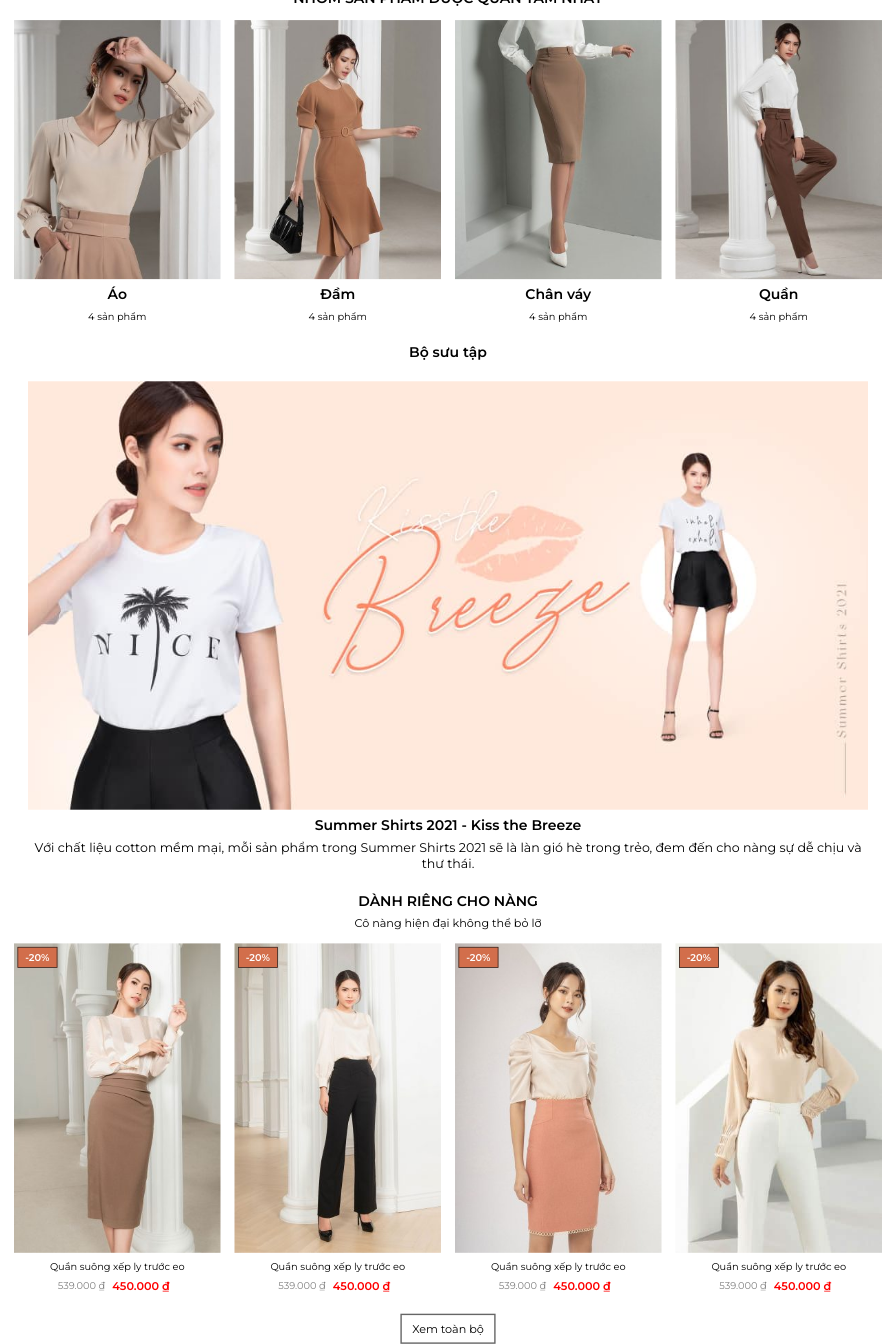
Repository: Nguyenductuan-dev/bt_j2team
Page: index.html
An editor plug-in stored every save of this project. The page is shown before and after the next save, followed by the edit.
The browser window is 1280 px wide. The pictures show the part of the page from y = 1424 to 3344 px (the page is 3344 px tall before and 3315 px after), at 70% of full size.

Above is the page before, as saved 2021-12-12 17:06:16.

### index.html
<!DOCTYPE html>
<html lang="en">
<head>
    <meta charset="UTF-8">
    <meta http-equiv="X-UA-Compatible" content="IE=edge">
    <meta name="viewport" content="width=device-width, initial-scale=1.0">
    <link rel="stylesheet" href="css/style.css">
    <link rel="stylesheet" href="./fonts/fontawesome-free-5.15.3-web/css/all.min.css">

    <link rel="preconnect" href="https://fonts.googleapis.com">
    <link rel="preconnect" href="https://fonts.gstatic.com" crossorigin>
    <link href="https://fonts.googleapis.com/css2?family=Montserrat:ital,wght@0,200;0,300;0,400;0,500;0,600;0,700;1,600&display=swap" rel="stylesheet">
    <title>Document</title>
</head>
<body>

    <div class="wrapper">

        <!-- HEADER -->
        <div class="header">

            <div class="header__logo">
                <a class="header__logo_link" href="">
                    <img class="header__logo_img" src="./images/logo.png" alt="">
                </a>
            </div>

            <nav class="header__navbar">
                <ul class="header__navbar_list">
                    <li class="header__navbar_item">
                        <a href="" class="header__navbar_link">Trang chủ</a>
                    </li>
                    <li class="header__navbar_item">
                        <a href="" class="header__navbar_link">Sản phẩm</a>
                    </li>
                    <li class="header__navbar_item">
                        <a href="" class="header__navbar_link">Khuyến mại</a>
                    </li>
                    <li class="header__navbar_item">
                        <a href="" class="header__navbar_link">Tin tức</a>
                    </li>
                    <li class="header__navbar_item">
                        <a href="" class="header__navbar_link">hệ thống cửa hàng</a>
                    </li>
                </ul>
            </nav>

            <div class="header__right">
                <div class="header__search">
                    <i class="fas fa-search header__search-icon"></i>
                </div>

                <div class="header__user">
                    <i class="fas fa-user header__user-icon"></i>
                </div>

                <div class="header__cart">
                    <div class="header__cart_price">
                        0 ₫
                    </div>
                    <div class="header__cart">
                        <i class="fas fa-shopping-cart header__cart_icon"></i>
                    </div>
                </div>
            </div>

        </div>

        <!-- CONTAINER -->
        <div class="container">

            <div class="banner">
                <div class="banner__link">
                    <img src="./images/banner.jpg" alt="" class="banner__img">
                </div>
            </div>
            <!-- Product -->
            <div class="home__product">
                <div class="home__product-heading">
                    <h3 class="home__product-heading-title">
                        TOP SẢN PHẨM MỚI
                    </h3>
                    <p class="home__product-heading-description">
                        Cô nàng hiện đại không thể bỏ lỡ
                    </p>
                </div>
                <div class="home__product-list">
                    <div class="home__product-item">
                        <a href="" class="home__product-item__link">
                            <img src="./images/product1.jpg" alt="" class="home__product-item__img">
                        </a>

                        <a href="">
                            <h3 class="home__product-item__title">
                                Quần suông xếp ly trước eo
                            </h3>
                        </a>
                        <div class="home__product-item__price">
                            <span class="home-product-item__price-old">539.000 ₫</span>
                            <span class="home-product-item__price-current">450.000 ₫</span>
                        </div>

                        <div class="home-product-item__sale-off">
                            <span>-20%</span>
                        </div>

                    </div>
                    <div class="home__product-item">
                        <a href="" class="home__product-item__link">
                            <img src="./images/product2.jpg" alt="" class="home__product-item__img">
                        </a>

                        <a href="">
                            <h3 class="home__product-item__title">
                                Quần suông xếp ly trước eo
                            </h3>
                        </a>
                        <div class="home__product-item__price">
                            <span class="home-product-item__price-old">539.000 ₫</span>
                            <span class="home-product-item__price-current">450.000 ₫</span>
                        </div>

                        <div class="home-product-item__sale-off">
                            <span>-20%</span>
                        </div>

                    </div>
                    <div class="home__product-item">
                        <a href="" class="home__product-item__link">
                            <img src="./images/product3.jpg" alt="" class="home__product-item__img">
                        </a>

                        <a href="">
                            <h3 class="home__product-item__title">
                                Quần suông xếp ly trước eo
                            </h3>
                        </a>
                        <div class="home__product-item__price">
                            <span class="home-product-item__price-old">539.000 ₫</span>
                            <span class="home-product-item__price-current">450.000 ₫</span>
                        </div>

                        <div class="home-product-item__sale-off">
                            <span>-20%</span>
                        </div>

                    </div>
                    <div class="home__product-item">
                        <a href="" class="home__product-item__link">
                            <img src="./images/product4.jpg" alt="" class="home__product-item__img">
                        </a>

                        <a href="">
                            <h3 class="home__product-item__title">
                                Quần suông xếp ly trước eo
                            </h3>
                        </a>
                        <div class="home__product-item__price">
                            <span class="home-product-item__price-old">539.000 ₫</span>
                            <span class="home-product-item__price-current">450.000 ₫</span>
                        </div>

                        <div class="home-product-item__sale-off">
                            <span>-20%</span>
                        </div>
                    </div>
                </div>

                <div class="home__product-total">
                    <a href="" class="home__product-total-link">Xem toàn bộ</a>
                </div>
            </div>

            <!-- Catalogue -->
            <div class="home_catalogue">
                <h3 class="home_catalogue-heading">
                    NHÓM SẢN PHẨM ĐƯỢC QUAN TÂM NHẤT
                </h3>

                <div class="home_catalogue-list">
                    <div class="home_catalogue-item">
                        <a class="home_catalogue-link" href="">
                            <img class="home_catalogue-img" src="./images/catalogue1.jpg" alt="">
                            <h3 class="home_catalogue-title">Áo</h3>
                            <p class="home_catalogue-quantily">4 sản phẩm</p>
                        </a>
                    </div>
                    <div class="home_catalogue-item">
                        <a class="home_catalogue-link" href="">
                            <img class="home_catalogue-img" src="./images/catalogue2.jpg" alt="">
                            <h3 class="home_catalogue-title">Đầm</h3>
                            <p class="home_catalogue-quantily">4 sản phẩm</p>
                        </a>
                    </div>
                    <div class="home_catalogue-item">
                        <a class="home_catalogue-link" href="">
                            <img class="home_catalogue-img" src="./images/catalogue3.jpg" alt="">
                            <h3 class="home_catalogue-title">Chân váy</h3>
                            <p class="home_catalogue-quantily">4 sản phẩm</p>
                        </a>
                    </div>
                    <div class="home_catalogue-item">
                        <a class="home_catalogue-link" href="">
                            <img class="home_catalogue-img" src="./images/catalogue4.jpg" alt="">
                            <h3 class="home_catalogue-title">Quần</h3>
                            <p class="home_catalogue-quantily">4 sản phẩm</p>
                        </a>
                    </div>
                </div>
            </div>

            <!-- Collection -->
            <div class="home_collection">
                <h3 class="home_collection-heading">
                    Bộ sưu tập
                </h3>
                <a href="" class="home_collection-link">
                    <img src="./images/banner2.jpg" alt="" class="home_collection-img">
                    <h3 class="home_collection-title">
                        Summer Shirts 2021 - Kiss the Breeze
                    </h3>
                    <p class="home_collection-description">
                        Với chất liệu cotton mềm mại, mỗi sản phẩm trong Summer Shirts 2021 sẽ là làn gió hè trong trẻo,
                        đem đến cho nàng sự dễ chịu và thư thái.
                    </p>
                </a>
            </div>

            <!-- Product -->
            <div class="home__product">
                <div class="home__product-heading">
                    <h3 class="home__product-heading-title">
                        DÀNH RIÊNG CHO NÀNG
                    </h3>
                    <p class="home__product-heading-description">
                        Cô nàng hiện đại không thể bỏ lỡ
                    </p>
                </div>
                <div class="home__product-list">
                    <div class="home__product-item">
                        <a href="" class="home__product-item__link">
                            <img src="./images/product1.jpg" alt="" class="home__product-item__img">
                        </a>

                        <a href="">
                            <h3 class="home__product-item__title">
                                Quần suông xếp ly trước eo
                            </h3>
                        </a>
                        <div class="home__product-item__price">
                            <span class="home-product-item__price-old">539.000 ₫</span>
                            <span class="home-product-item__price-current">450.000 ₫</span>
                        </div>

                        <div class="home-product-item__sale-off">
                            <span>-20%</span>
                        </div>

                    </div>
                    <div class="home__product-item">
                        <a href="" class="home__product-item__link">
                            <img src="./images/product2.jpg" alt="" class="home__product-item__img">
                        </a>

                        <a href="">
                            <h3 class="home__product-item__title">
                                Quần suông xếp ly trước eo
                            </h3>
                        </a>
                        <div class="home__product-item__price">
                            <span class="home-product-item__price-old">539.000 ₫</span>
                            <span class="home-product-item__price-current">450.000 ₫</span>
                        </div>

                        <div class="home-product-item__sale-off">
                            <span>-20%</span>
                        </div>

                    </div>
                    <div class="home__product-item">
                        <a href="" class="home__product-item__link">
                            <img src="./images/product3.jpg" alt="" class="home__product-item__img">
                        </a>

                        <a href="">
                            <h3 class="home__product-item__title">
                                Quần suông xếp ly trước eo
                            </h3>
                        </a>
                        <div class="home__product-item__price">
                            <span class="home-product-item__price-old">539.000 ₫</span>
                            <span class="home-product-item__price-current">450.000 ₫</span>
                        </div>

                        <div class="home-product-item__sale-off">
                            <span>-20%</span>
                        </div>

                    </div>
                    <div class="home__product-item">
                        <a href="" class="home__product-item__link">
                            <img src="./images/product4.jpg" alt="" class="home__product-item__img">
                        </a>

                        <a href="">
                            <h3 class="home__product-item__title">
                                Quần suông xếp ly trước eo
                            </h3>
                        </a>
                        <div class="home__product-item__price">
                            <span class="home-product-item__price-old">539.000 ₫</span>
                            <span class="home-product-item__price-current">450.000 ₫</span>
                        </div>

                        <div class="home-product-item__sale-off">
                            <span>-20%</span>
                        </div>
                    </div>
                </div>

                <div class="home__product-total">
                    <a href="" class="home__product-total-link">Xem toàn bộ</a>
                </div>
            </div>

        </div>

    </div>

    <script src="javascript/main.js"></script>
</body>
</html>

### css/style.css
* {
    margin: 0;
    padding: 0;
    box-sizing: border-box;
    outline: 0;
}

img {
    display: block;
    max-width: 100%;
    margin: 0;
}

a {
    text-decoration: none;
    color: inherit;
}

h1, h2, h3, h4, h5, h6 {
    font-size: 14px;
    font-weight: 400;
}

p, ul {
    margin: 0;
    padding: 0;
}

body {
    font-family: "Montserrat", sans-serif;
    font-weight: 400;
    font-size: 14px;
}


.header {
    display: flex;
    justify-content: space-between;
    align-items: center;
    padding: 20px;
    flex-wrap: wrap;
    border-bottom: 1px solid #ccc;
}
.header__navbar {
    flex: 1;
}

.header__navbar_list {
    display: flex;
    list-style: none;
    font-size: 14px;
    text-transform: uppercase;
    font-weight: 600;
}
.header__navbar_item {
    padding: 0 20px;
}

.header__right {
    display: flex;
    justify-content: space-between;
    flex-wrap: wrap;
    width: 150px;
    align-items: center;
}

.header__search-icon,
.header__user-icon,
.header__cart_icon{
    font-size: 20px;
    font-weight: 300;
}
.header__cart {
    display: flex;
    justify-content: space-between;

}
.header__user {
    padding: 3px 15px;
    border-left: 1px solid #ccc;
    border-right: 1px solid #ccc;

}
.header__cart_price {
    padding: 0 5px;
    font-size: 14px;
}

/* CONTAINER */
.home__product {
    margin-top: 30px;
}
.home__product-heading {
    text-align: center;
}
.home__product-heading-title {
    font-size: 20px;
    font-weight: 600;
    text-transform: uppercase;
    margin-bottom: 10px;
}

.home__product-heading-description {
    font-size: 16px;
}

.home__product-list {
    margin-top:  20px;
    display: grid;
    grid-template-columns: 1fr 1fr 1fr 1fr;
    grid-gap: 20px;
    padding: 0 20px;
}
.home__product-item {
    position: relative;
}
.home__product-item__img {
    width: 100%;
    margin-bottom: 10px;
}
.home__product-item__title {
    font-size: 14px;
    text-align: center;
    margin-bottom: 10px;
}

.home__product-item__price {
    display: flex;
    justify-content: center;
}
.home-product-item__price-old {
    font-size: 14px;
    color: gray;
}
.home-product-item__price-current {
    font-size: 16px;
    color: red;
    font-weight: 600;
    padding: 0 10px;
}
.home-product-item__sale-off {
    position:absolute;
    top:5px;
    left: 5px;
    padding: 5px 10px;
    background-color: #d26e4b;
    color: #fff;
    font-weight: 600;
    border: 1px solid #222;
}
.home__product-total {
    margin-top: 30px;
    text-align: center;
}
.home__product-total-link {
    display: inline-block;
    font-size: 16px;
    padding: 10px 15px;
    border: 2px solid #666;
}

/* CATALOGUE */

.home_catalogue {
    margin-top: 50px;
}

.home_catalogue-heading {
    text-align: center;
    font-size: 20px;
    font-weight: 600;
}
.home_catalogue-list {
    margin-top:  20px;
    display: grid;
    grid-template-columns: 1fr 1fr 1fr 1fr;
    grid-gap: 20px;
    padding: 0 20px;
}
.home_catalogue-link {
    display: block;
}
.home_catalogue-img {
    width: 100%;
    margin-bottom: 10px;
}
.home_catalogue-title {
    font-size: 20px;
    font-weight: 600;
    text-align: center;
    margin-bottom: 10px;

}
.home_catalogue-quantily {
    text-align: center;
    font-size: 14px;
}
.home_collection {
    max-width: 1200px;
    margin: 30px auto;
}
.home_collection-heading {
    font-size: 20px;
    font-weight: 600;
    text-align: center;
}
.home_collection-link {
    display: block;
    margin-top: 30px;
}
.home_collection-img {
    width: 100%;
    margin-bottom: 10px;
}
.home_collection-title {
    font-weight: 600;
    font-size: 20px;
    text-align: center;
    margin-bottom: 10px;
}
.home_collection-description {
    font-size: 18px;
    text-align: center;
}

Loaded but not shown: fonts/fontawesome-free-5.15.3-web/css/all.min.css (library); javascript/main.js (no stored copy; drawn as an empty file)

After the next save:
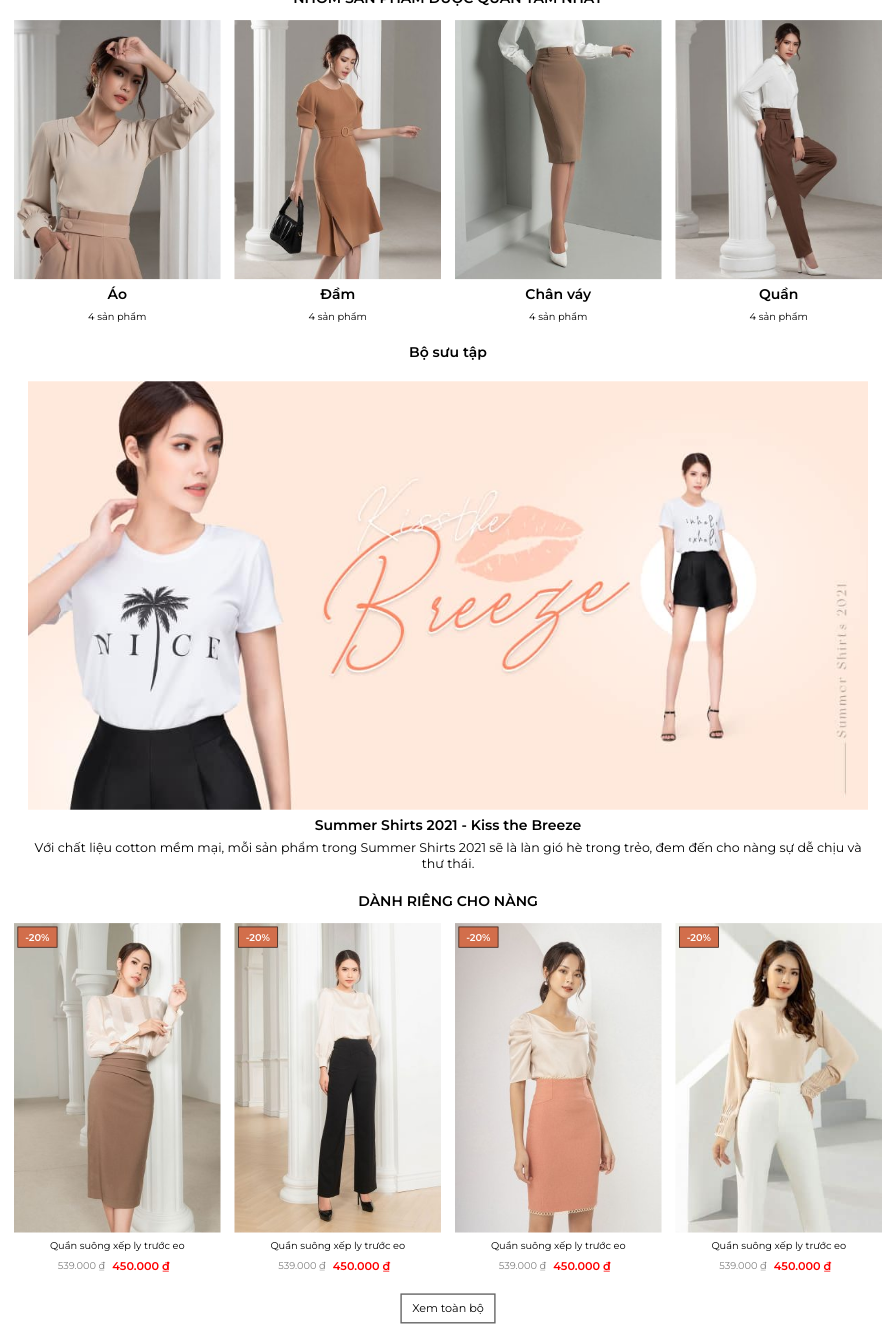
Saved 14 s later.
--- a/index.html
+++ b/index.html
@@ -232,9 +232,6 @@
                     <h3 class="home__product-heading-title">
                         DÀNH RIÊNG CHO NÀNG
                     </h3>
-                    <p class="home__product-heading-description">
-                        Cô nàng hiện đại không thể bỏ lỡ
-                    </p>
                 </div>
                 <div class="home__product-list">
                     <div class="home__product-item">
